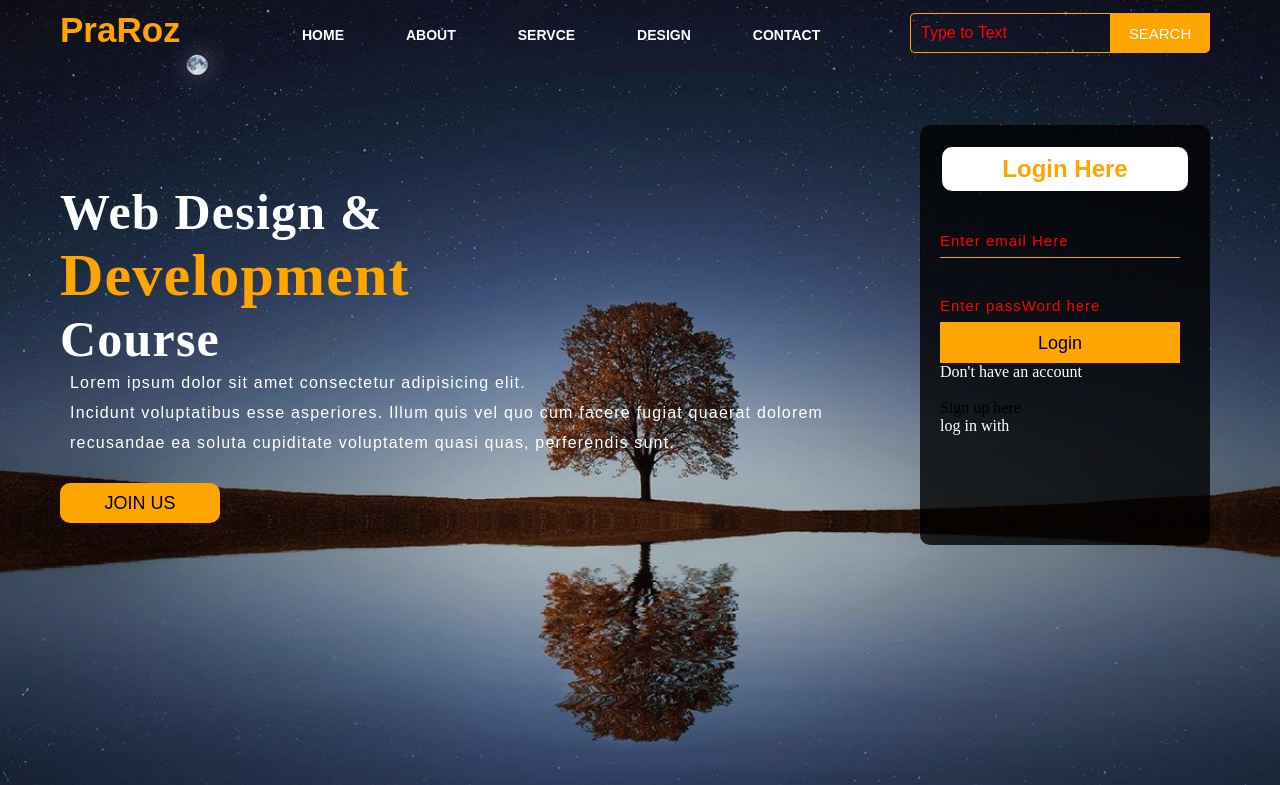
Repository: HuynhDuc23/project3
Page: index.html
An editor plug-in stored every save of this project. The page is shown before and after the next save, followed by the edit.
The browser window is 1280 px wide. The pictures show the whole page.

Above is the page before, as saved 2023-05-04 15:56:07.

### index.html
<html lang="en">
<head>
    <meta charset="UTF-8">
    <meta http-equiv="X-UA-Compatible" content="IE=edge">
    <meta name="viewport" content="width=device-width, initial-scale=1.0">
    <link rel="stylesheet" href="https://cdnjs.cloudflare.com/ajax/libs/font-awesome/6.4.0/css/all.min.css" integrity="sha512-iecdLmaskl7CVkqkXNQ/ZH/XLlvWZOJyj7Yy7tcenmpD1ypASozpmT/E0iPtmFIB46ZmdtAc9eNBvH0H/ZpiBw==" crossorigin="anonymous" referrerpolicy="no-referrer" />
    <link rel="stylesheet" href="style.css">
    <title>Document</title>
</head>
<body>
    <div class="main">
        <div class="navbar">
            <div class="icon">
                <h2 class="logo">PraRoz</h2>
            </div>
            <div class="menu">
                <ul>
                    <li><a href="#">HOME</a> </li>
                    <li><a href="#">ABOUT</a></li>
                    <li><a href="#">SERVCE</a></li>
                    <li><a href="#">DESIGN</a></li>
                    <li><a href="#">CONTACT</a></li>
                </ul>
            </div>
            <div class="search">
                <input type="search" class="srch" placeholder="Type to Text">
                <a href="#"><button class="btn">Search</button></a>
            </div>
        </div>
        <div class="content">
            <h1>Web Design & <br> <span>Development</span><br>Course</h1>
            <p class="para">Lorem ipsum dolor sit amet consectetur adipisicing elit. <br> Incidunt voluptatibus esse asperiores. Illum quis vel quo cum facere fugiat quaerat dolorem <br> recusandae ea soluta cupiditate voluptatem quasi quas, perferendis sunt.</p>


            <button class="cn" ><a  href="#">JOIN US</a></button>
            <div class="form">
                <h2>Login Here</h2>
                <input type="email" name="email" placeholder="Enter email Here">
                <input type="password" name="password" placeholder="Enter passWord here">
                <button class="btnn"><a href="#">Login</a></button>

                <p class="link">Don't have an account </p> <br>
                <a href="#">Sign up here</a>
                <p class="liw">log in with</p>
            </div>
        </div>
    </div>
</body>
</html>

### style.css
* {
    margin: 0;
    padding: 0;
}
.main {
    width: 100%;
    background-image: linear-gradient(to right bottom , rgba(176, 55, 55, 0),rgba(0, 0, 0, 0.286)),url("img/Project3.png");
    background-position: center;
    background-size: cover;
    background-repeat: no-repeat;
    height: 109vh;
}
.navbar
{
    width: 1200px;
    height: 75px;
    margin: auto;
    /* overflow: hidden; */
}
.icon {
    width: 200px;
    float: left;
    height: 70px;

}
.logo {
    color: orange;
    font-size: 35px;
    font-family: Arial, Helvetica, sans-serif;
    padding-left: 20px;
    float: left;
    padding-top: 10px;
}
.menu {
    width: 400px;
    height: 70px;
    float: left;
}
ul {
    float: left;
    display: flex;
    justify-content: center;
    align-items: center;
}
ul li {
    list-style: none;
     margin-left: 62px;
     margin-top: 27px;
     font-size: 14px;
}
ul li a {
    text-decoration: none;
    color: white;
    text-transform: uppercase;
    font-family: Arial, Helvetica, sans-serif;
    transition: 0.5s ease-in-out;
    font-weight: bold;

}
ul li a:hover {
    color: orange;
}
.search {
    width: 330px;
    margin-left: 270px;
    float: left;
}
.srch {
    font-family: 'Times New Roman', Times, serif;
    width: 200px;
    height: 40px;
    background: transparent;
    border: 1px solid orange;
    margin-top: 13px;
    color: white;
    border-right: none;
    font-size: 16px;
    padding: 10px;
    float: left;
    border-bottom-left-radius: 5px;
    border-top-left-radius: 5px;
}
.btn {
    width: 100px;
    height: 40px;
    margin-top: 13px;
    color: white;
    background-color: orange;
    text-transform: uppercase;
    border: 2px solid orange;
    /* border-radius: 5px; */
    border-bottom-right-radius: 5px;

    font-size: 15px;
    float: left;
    cursor: pointer;

}
.btn:focus {
    outline: none;
}
.srch:focus {
    outline: none;
}
.content {
    width: 1200px;
    height: auto;
    margin: auto;
    color: white;
    position: relative;
}
.content .para {
    padding-left: 30px;
    padding-bottom: 25px;
    font-family: Arial, Helvetica, sans-serif;
    letter-spacing: 1.2px;
    line-height: 30px;
}
.content h1 {
    font-size: 50px;
    font-family: 'Times New Roman', Times, serif;
    padding-left: 20px;
    padding-top: 9%;
    letter-spacing: 1.2px;

}
.content .cn {

    width: 160px;
    height: 40px;
    background-color: orange;
    border: none;
    margin-bottom: 10px;
    margin-left: 20px;
    font-size: 18px;
    border-radius: 10px;
    transition: 0.5s ease;
    cursor: pointer;

}
.content a {
    text-decoration: none;
    color: black;
    transition: 0.4s ease;
}
.cn:hover {
    background-color: white;
}
.content span {
    color: orange;
    font-size: 60px;
    font-weight: bold;
}
.form {
    width: 250px;
    height: 380px;
    background: linear-gradient(to top , rgba(0,0,0,0.8)50% ,rgba(0,0,0,0.8)50% );
    position: absolute;
    top: 50px ;
    left: 880px;
    border-radius: 10px;
    padding: 20px;

}
.form h2 {
    padding: 8px;
    font-family: sans-serif;
    text-align: center;
    color: orange;
    background-color: white;
    border-radius: 10px;
    margin: 2px;

}
.form input {
    width: 240px;
    height: 35px;
    background: transparent;
    border-bottom: 1px solid orange;
    border-right: none;
    border-top: none;
    border-left: none;
    color: white;
    font-size: 15px;
    letter-spacing: 1px;
    margin-top: 30px;
    font-family: sans-serif;
}
.form input:focus {
    outline: none;
}
::placeholder {
    color: red;
    font-family: Arial, Helvetica, sans-serif;
}
.form .btnn {
    width: 240px;
    height: 40px;
    color: white;
    font-size: 18px;
    font-family: sans-serif;
    text-decoration: none;
    border: none;
    background-color: orange;
}

After the next save:
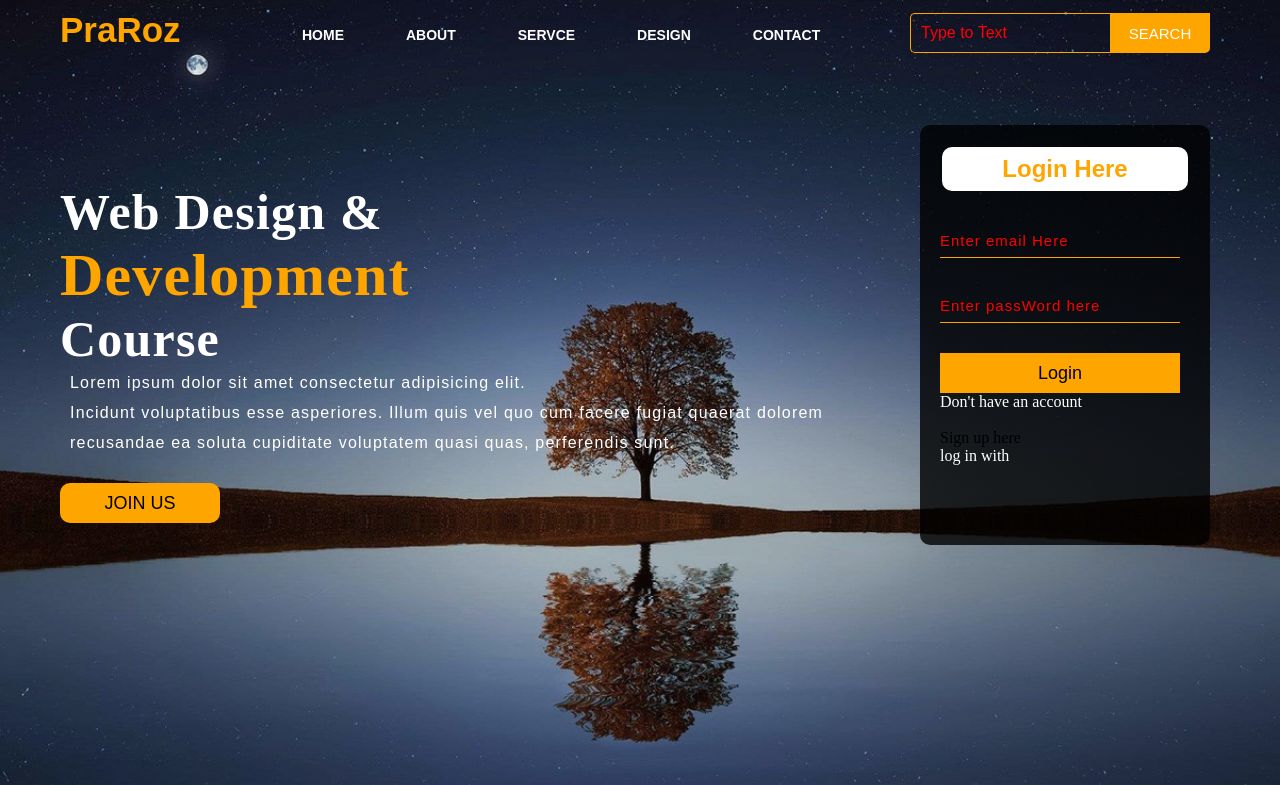
Saved 10 s later.
--- a/style.css
+++ b/style.css
@@ -202,4 +202,5 @@ ul li a:hover {
     text-decoration: none;
     border: none;
     background-color: orange;
-}
+    margin-top: 30px;
+}
